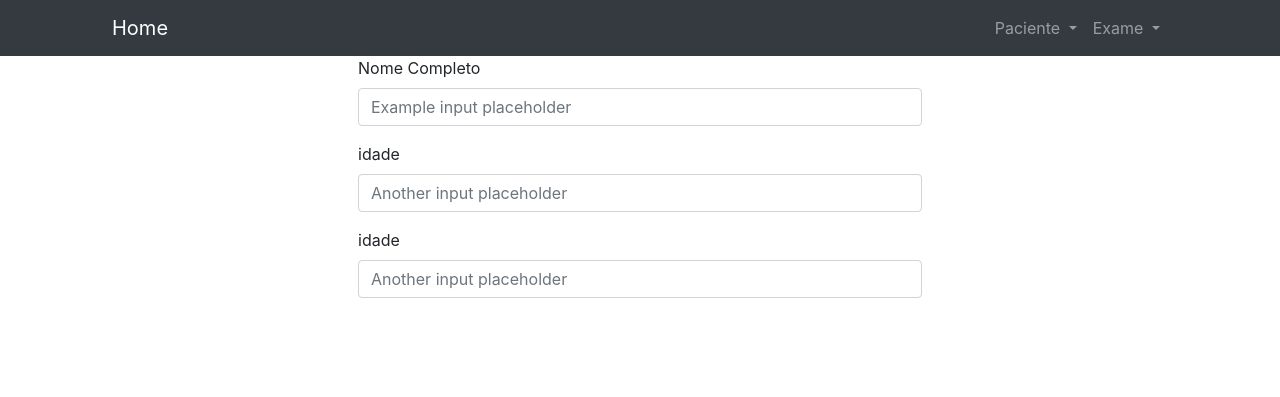
Repository: noobDevPRB/struts2_project
Page: http://localhost/Projeto_SOCTest/
These files come from the project's save history. The page is drawn as it stood at one moment and after the next save; the edit follows.
The browser window is 1280 px wide. The pictures show the whole page.
The page is served by Tomcat 9. Nobody is signed in. The application's start-up code is not run. Other server files are loaded and not shown.

Above is the page before, as saved 2020-10-17 16:16:14.

### Projeto_SOCTest/WebContent/index.jsp
<%@ page language="java" contentType="text/html; charset=ISO-8859-1" pageEncoding="ISO-8859-1"%>


<!DOCTYPE html>
<html>
<head>
    <!-- Required meta tags -->
    <meta charset="utf-8">
    <meta name="viewport" content="width=device-width, initial-scale=1, shrink-to-fit=no">

    <!-- Bootstrap CSS -->
    <link rel="stylesheet" href="https://stackpath.bootstrapcdn.com/bootstrap/4.4.1/css/bootstrap.min.css">

    <title>Hello, world!</title>
  </head>
  <body>
    <nav class="navbar navbar-expand-lg navbar-dark bg-dark">
	  <a class="navbar-brand pl-5 ml-5" href="http://localhost:8080/Projeto_SOCTest/">Home</a>

	  <div class="collapse navbar-collapse" id="navbarSupportedContent">
	    <ul class="navbar-nav ml-auto pr-5 mr-5">
	      <li class="nav-item dropdown">
	        <a class="nav-link dropdown-toggle" href="#" id="navbarDropdown" role="button" data-toggle="dropdown" aria-haspopup="true" aria-expanded="false">
	          Paciente
	        </a>
	        <div class="dropdown-menu" aria-labelledby="navbarDropdown">
	          <a class="dropdown-item" href="http://localhost:8080/Projeto_SOCTest/cadastrarPaciente">Cadastro</a>
	          <a class="dropdown-item" href="http://localhost:8080/Projeto_SOCTest/listarPaciente">Listagem</a>
	        </div>
	      </li>
	      <li class="nav-item dropdown">
	        <a class="nav-link dropdown-toggle" href="#" id="navbarDropdown" role="button" data-toggle="dropdown" aria-haspopup="true" aria-expanded="false">
	          Exame
	        </a>
	        <div class="dropdown-menu" aria-labelledby="navbarDropdown">
	          <a class="dropdown-item" href="http://localhost:8080/Projeto_SOCTest/cadastrarExames">Cadastro</a>
	          <a class="dropdown-item" href="http://localhost:8080/Projeto_SOCTest/listarExames">Listagem</a>
	        </div>
	      </li>
	    </ul>
	  </div>
	</nav>

	<div class="container">
	  <div class="row">
	    <div class="col-sm px-5 mx-5">
	     	<form class="px-5 mx-5">
			  <div class="form-group px-5 mx-5">
			    <label for="formGroupExampleInput">Nome Completo</label>
			    <input type="text" class="form-control" id="formGroupExampleInput" placeholder="Example input placeholder">
			  </div>
			  <div class="form-group px-5 mx-5">
			    <label for="formGroupExampleInput2">idade</label>
			    <input type="text" class="form-control" id="formGroupExampleInput2" placeholder="Another input placeholder">
			  </div>
			  <div class="form-group px-5 mx-5">
			    <label for="formGroupExampleInput2">idade</label>
			    <input type="text" class="form-control" id="formGroupExampleInput2" placeholder="Another input placeholder">
			  </div>
			</form>
	    </div>
	  </div>
	</div>

    <!-- Optional JavaScript -->
    <!-- jQuery first, then Popper.js, then Bootstrap JS -->
    <script src="https://code.jquery.com/jquery-3.4.1.slim.min.js"></script>
    <script src="https://cdn.jsdelivr.net/npm/popper.js@1.16.0/dist/umd/popper.min.js"></script>
    <script src="https://stackpath.bootstrapcdn.com/bootstrap/4.4.1/js/bootstrap.min.js"></script>
  </body>
</html>

After the next save:
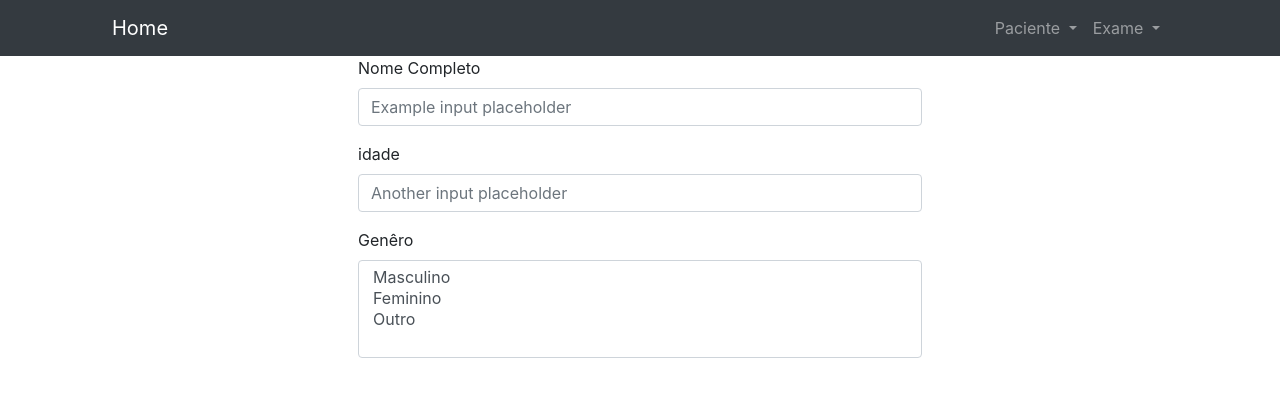
Saved 2 min 14 s later.
--- a/Projeto_SOCTest/WebContent/index.jsp
+++ b/Projeto_SOCTest/WebContent/index.jsp
@@ -54,8 +54,12 @@
 			    <input type="text" class="form-control" id="formGroupExampleInput2" placeholder="Another input placeholder">
 			  </div>
 			  <div class="form-group px-5 mx-5">
-			    <label for="formGroupExampleInput2">idade</label>
-			    <input type="text" class="form-control" id="formGroupExampleInput2" placeholder="Another input placeholder">
+			    <label for="exampleFormControlSelect2">Genêro</label>
+			   	<select multiple class="form-control" id="exampleFormControlSelect2">
+					<option>Masculino</option>
+					<option>Feminino</option>
+					<option>Outro</option>
+				</select>
 			  </div>
 			</form>
 	    </div>
